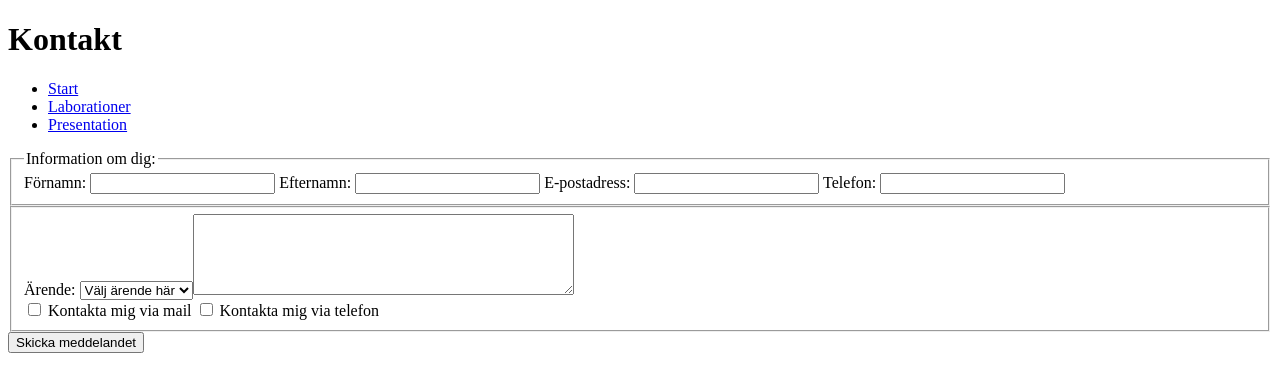
Repository: Martin-Carlsson85/HTML-och-CSS
Page: pages/kontakt.html
The author's editor kept a record of every edit. The page is drawn from the files as they stood at one moment, then again after the next edit.
The browser window is 1280 px wide. The pictures show the whole page.

Above is the page before.

### pages/kontakt.html
<!doctype html>
<html lang="sv">
    <head>
        <meta charset="utf-8" />

        <title>Kontakt</title>

    </head>

<h1>Kontakt</h1>

<ul>
    <li><a href="../index.html">Start</a></li>

    <li><a href="laborationer.html">Laborationer</a></li>

    <li><a href="presentation.html">Presentation</a></li>
</ul>

<form id="form" name="form" method="post" action="http://voyager.lnu.se/tekinet/kurser/dtt/wp_webbintro/form.php">

        <fieldset>
            <legend>Information om dig:</legend>

            Förnamn:
            <input type="text" name="fnamn" id="fnamn" />

            Efternamn:
            <input type="text" name="enamn" id="enamn" />

            E-postadress:
            <input type="text" name="epost" id="epost" />

            Telefon:
            <input type="text" name="epost" id="epost" />

        </fieldset>
        <fieldset>
<label for="select">
Ärende:</label>

<select name="favoritarstid" id="favoritarstid">
<option> Välj ärende här </option>
<option value="var"> Synpunkter </option>
<option value="var"> Frågor </option>

Meddelande:
<textarea name="meddelande" id="meddelande" cols="45" rows="5"></textarea> <br />

<input type="checkbox" name="favoritarstid" id="sommar" value="sommar"/>
<label for="sommar">Kontakta mig via mail</label>

<input type="checkbox" name="favoritarstid" id="host" value="host"/>
<label for="host">Kontakta mig via telefon</label>

        </fieldset>

<input type="submit" name="skicka" id="skicka" value="Skicka meddelandet" />

</form>

After the next edit:
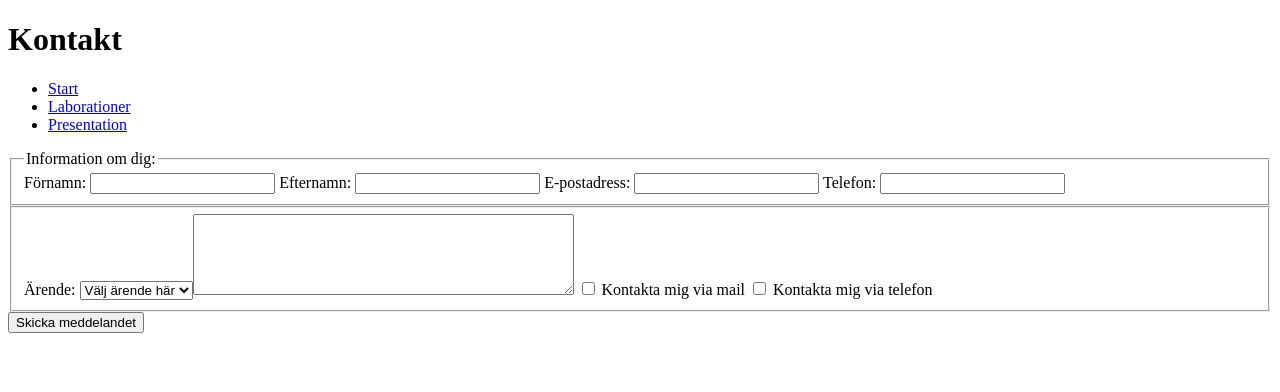
The edit:
--- a/pages/kontakt.html
+++ b/pages/kontakt.html
@@ -45,7 +45,7 @@
 <option value="var"> Frågor </option>
 
 Meddelande:
-<textarea name="meddelande" id="meddelande" cols="45" rows="5"></textarea> <br />
+<textarea name="meddelande" id="meddelande" cols="45" rows="5"></textarea>
 
 <input type="checkbox" name="favoritarstid" id="sommar" value="sommar"/>
 <label for="sommar">Kontakta mig via mail</label>
